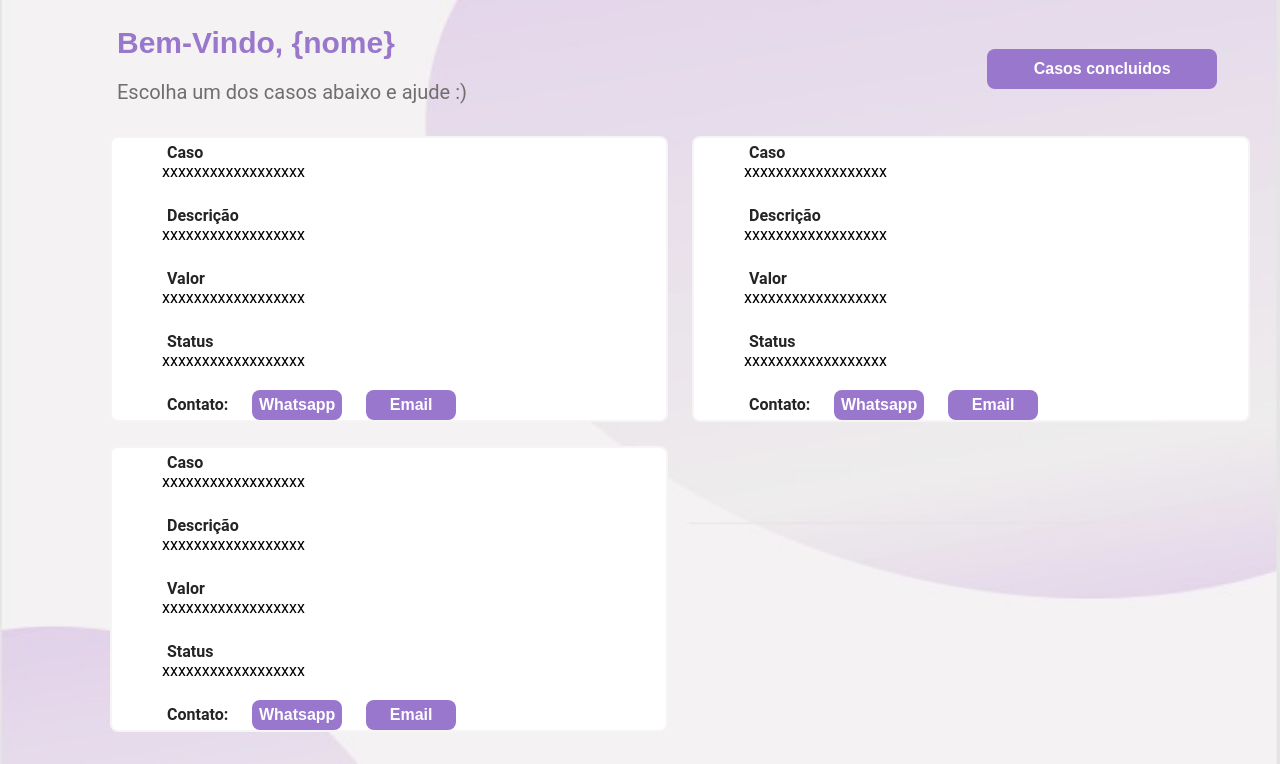
Repository: Dirlandia404/Casos
Page: src/pages/casos.html
An editor plug-in stored every save of this project. The page is shown before and after the next save, followed by the edit.
The browser window is 1280 px wide. The pictures show the whole page.

Above is the page before, as saved 2021-07-19 20:28:59.

### src/pages/casos.html
<!DOCTYPE html>
<html lang="en">
<head>
    <meta charset="UTF-8">
    <meta http-equiv="X-UA-Compatible" content="IE=edge">
    <meta name="viewport" content="width=device-width, initial-scale=1.0">
    <title>Casos</title>

    <link rel="stylesheet" href="/src/style/casos.css">
    <link rel="stylesheet" href="/src/style/midia.css">
</head>
<body>
    <h6>Bem-Vindo, {nome}</h6>
    <header>

        <p>Escolha um dos casos abaixo e ajude :)</p>
        <a href="/src/pages/casosConcluidos.html">
            <button>Casos concluidos</button>
        </a>

    </header>

       <div id="box-casos">
           <ul>
               <li>
                   <div class="dados">
                       <strong>Caso </strong>
                       <h7>xxxxxxxxxxxxxxxxxx</h7>
                       <strong>Descrição</strong>
                       <h7>xxxxxxxxxxxxxxxxxx</h7>
                       <strong>Valor</strong>
                       <h7>xxxxxxxxxxxxxxxxxx</h7>
                       <strong>Status</strong>
                       <h7>xxxxxxxxxxxxxxxxxx</h7>
                       <div id="fieldset">
                           <strong>Contato:</strong>
                           <button>Whatsapp</button>
                           <button>Email</button>
                       </div>

                   </div>

               </li>
               <li>
                <div class="dados">
                    <strong>Caso </strong>
                    <h7>xxxxxxxxxxxxxxxxxx</h7>
                    <strong>Descrição</strong>
                    <h7>xxxxxxxxxxxxxxxxxx</h7>
                    <strong>Valor</strong>
                    <h7>xxxxxxxxxxxxxxxxxx</h7>
                    <strong>Status</strong>
                    <h7>xxxxxxxxxxxxxxxxxx</h7>
                    <div id="fieldset">
                        <strong>Contato:</strong>
                        <button>Whatsapp</button>
                        <button>Email</button>
                    </div>

                </div>

            </li>
            <li>
                <div class="dados">
                    <strong>Caso </strong>
                    <h7>xxxxxxxxxxxxxxxxxx</h7>
                    <strong>Descrição</strong>
                    <h7>xxxxxxxxxxxxxxxxxx</h7>
                    <strong>Valor</strong>
                    <h7>xxxxxxxxxxxxxxxxxx</h7>
                    <strong>Status</strong>
                    <h7>xxxxxxxxxxxxxxxxxx</h7>
                    <div id="fieldset">
                        <strong>Contato:</strong>
                        <button>Whatsapp</button>
                        <button>Email</button>
                    </div>

                </div>

            </li>


           </ul>

       </div>

</body>
</html>

### src/style/casos.css
h6{
    margin-top: 2%;
    margin-left: 117px;
    margin-bottom: 20px;
    font-size: 30px;
    color: #9877CD;
}

header{
    display: flex;
    justify-content: space-between;
}

header p{
    margin-left: 117px;

    font-size: 20px;
    color: #726e6e;
}
header a{
    font-size: 500%;
    margin-top: -80px;
    margin-right: 1%;
}
header button{
    width: 230px;
    height: 40px;
    background-color: #9877CD;
    border-radius: 8px;
    color: white;
    font-weight: bold;
    font-size: 16px;
    border: 0;
    margin-left: 160px;
    margin-right: 50px;
    transition: 400ms;
}


#box-casos{
    width: 100%;
    padding: 0 30px;
    margin: 32px auto;
}

#box-casos .dados{
    display: flex;
    flex-direction: column;
    width: 70%;
}
#box-casos ul{
    margin-left: 80px;
    display: grid;
    grid-template-columns: 1fr 1fr;
    grid-gap: 24px;
    list-style: none;
}


#box-casos ul li{
    background-color: white;
    border: 2px solid  #f5f5f5;
    border-radius: 8px;
    height: 100%;
    width:100%;
    font-size: 16px;
}

#box-casos ul li strong{
    margin-top: 5px;
    font-size: 15px;
    margin-left: 5px;
}

#box-casos ul li strong{
    color: #242424;
    font-size: 16px;
    font-style: bold;
}

h7{
    margin-bottom: 20px;
}

.dados{

    margin-left: 50px;

    display: flex;
    justify-content: space-between;
}

#fieldset button{
    width: 90px;
    height: 30px;
    background-color: #9877CD;
    border-radius: 8px;
    color: white;
    font-weight: bold;
    font-size: 16px;
    border: 0;
    margin-left: 20px;


}

### src/style/midia.css
@media(max-width: 1100px) {
    #page-home {
        height: 60%;
        width: 90%;
    }
    #page-home main {
        margin-top: 10%;
    }
    #page-home main h1 {
        font-size: 1.6rem;
    }
    #page-home main a:first-of-type {
        margin-top: 35px;
    }
}
@media(max-width: 900px) {
    img {
        width: 45%;
    }
    #page-home {
        width: 95%;
    }
    #page-home .content {
        width: 45%;
    }
    #page-home main h1 {
        font-size: 1.4rem;
        width: calc(100% + 2rem);
    }
    #page-home main a:first-of-type {
        margin-top: 20px;
    }
}
@media(max-width:768px) {

}

*{
    margin: 0;
    padding: 0;
    box-sizing: border-box;
}
html{
    font-family: 'Roboto', sans-serif;

}
body{
    background: #E5E5E5;
    -webkit-font-smoothing: antialiased;
    background-image: url("/public/fundo.jpeg");

    background-repeat: no-repeat;
    background-size:cover;

}

a{
    text-decoration: none;

}
a:hover{
    text-decoration: underline;
}
h1, h2, h3,h4, h5, h6{
    font-family: sans-serif;
}

After the next save:
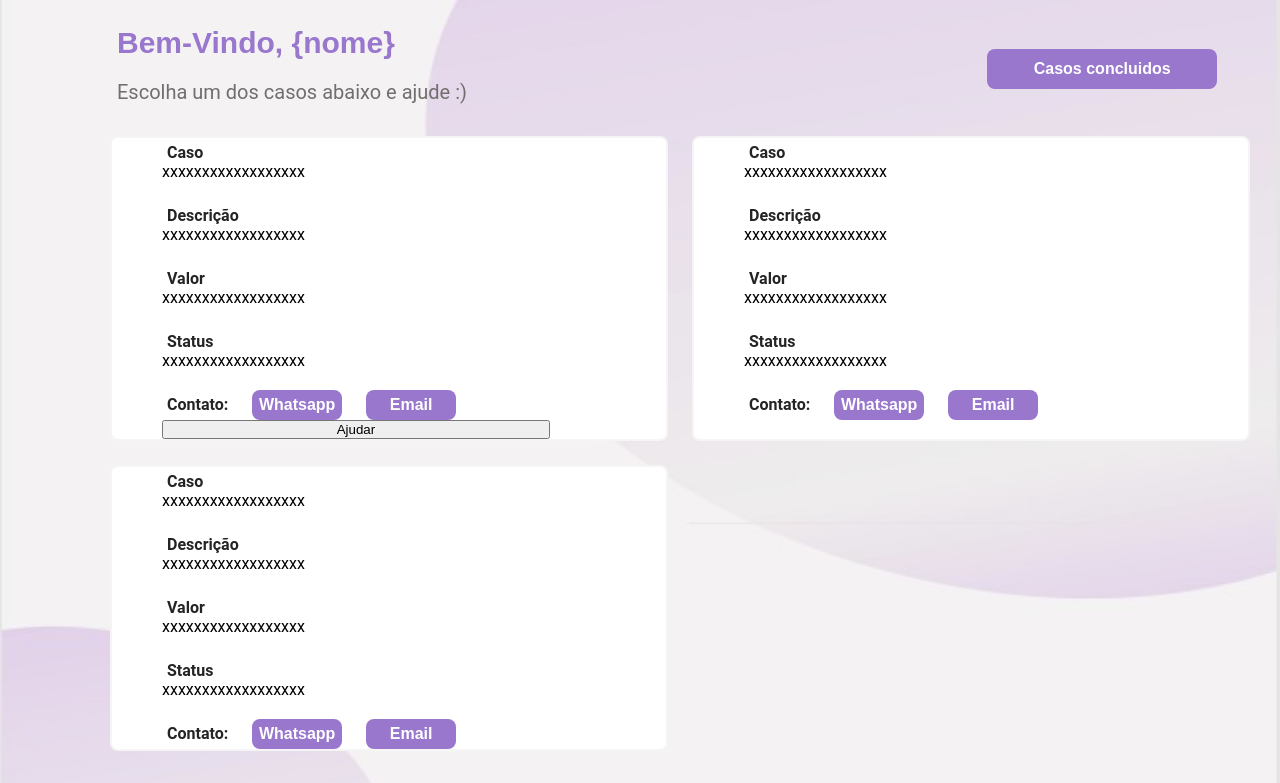
Saved 28 s later.
--- a/src/pages/casos.html
+++ b/src/pages/casos.html
@@ -36,7 +36,8 @@
                            <strong>Contato:</strong>
                            <button>Whatsapp</button>
                            <button>Email</button>
-                       </div>
+                        </div>
+                        <button>Ajudar</button>
 
                    </div>
 
